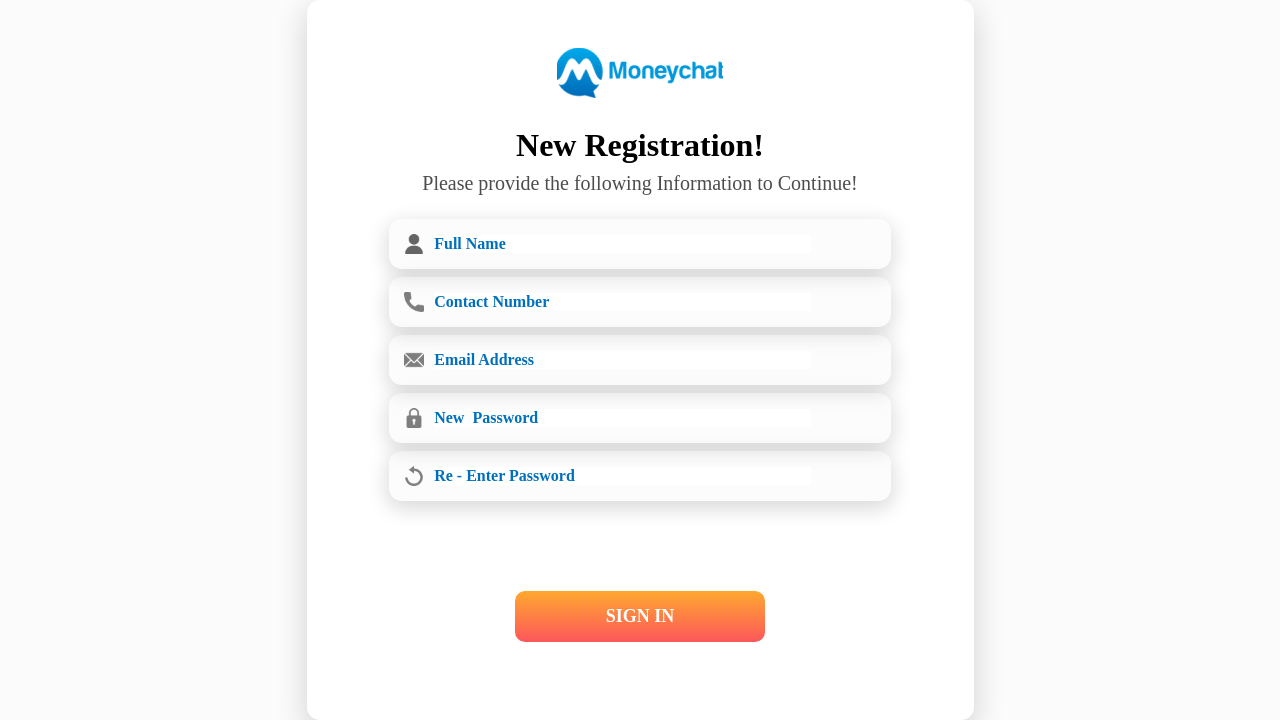
Repository: FlyweisReact/Money-Chat
Page: /register
The author's editor kept a copy of each file at every save. The page is drawn from the files as they stood at one save, then again after the next save.
The browser window is 1280 px wide. The pictures show the whole page.
The project was rebuilt for these pictures with package versions that can differ from the ones it lists, and the page was loaded fresh each time. Also part of the build but not shown: src/forms/Login.jsx.

Above is the page before, as saved 2023-11-29 14:50:31.

### src/index.js
import React from "react";
import ReactDOM from "react-dom/client";
import "./index.css";
import App from "./App";
import { BrowserRouter } from "react-router-dom";
import 'bootstrap/dist/css/bootstrap.min.css'
// Commit Changes
const root = ReactDOM.createRoot(document.getElementById("root"));
root.render(
  <React.StrictMode>
    <BrowserRouter>
      <App />
    </BrowserRouter>
  </React.StrictMode>
);

### src/index.css
/** @format */

@tailwind base;
@tailwind components;
@tailwind utilities;

body {
  margin: 0;
  font-family: Quicksand !important;
  -webkit-font-smoothing: antialiased;
  -moz-osx-font-smoothing: grayscale;
}

code {
  font-family: Quicksand !important;
}

html {
  font-family: Quicksand !important;
}

::-webkit-scrollbar {
  width: 10px;
}
.fa-trash {
  color: red;
  cursor: pointer;
}

.iCOn {
  transition: 0.5s;
  box-shadow: none;
  transform: scale(1);
}
.cardDiv {
  cursor: pointer;
  width: 350px;
}
.CardDiv_Container {
  display: flex;
  flex-wrap: wrap;
  justify-content: center;
}

.cardDiv:hover .iCOn {
  box-shadow: rgba(0, 0, 0, 0.35) 0px 5px 15px;
  transform: scale(1.3);
}

/* Track */
::-webkit-scrollbar-track {
  background: #f1f1f1;
}

/* Handle */
::-webkit-scrollbar-thumb {
  background: #888;
}

/* Handle on hover */
::-webkit-scrollbar-thumb:hover {
  background: #555;
}
.profileImage {
  width: 100px;
}
.fa-eye {
  color: #029aff;
  cursor: pointer;
}
.fa-edit {
  cursor: pointer;
  color: blue;
}

.View {
  border: 1px solid black;
  width: 100%;
  padding: 10px;
}

.main-card--container {
  display: grid;
  grid-template-columns: repeat(3, minmax(300px, 500px));
  grid-gap: 50px;
  justify-content: space-around;
}
.card-container {
  margin: 25px 0 auto;
  box-shadow: rgba(0, 0, 0, 0.35) 0px 5px 15px;
  position: relative;
  display: grid;
  grid-template-columns: 1fr;
  justify-content: space-around;
  align-items: flex-start;
}

.myEdit:focus {
  box-shadow: rgba(0, 0, 0, 0.35) 0px 5px 15px;
}

.AstroLogin {
  color: #fff;
  background-color: #2b7a8e;
  padding: 10px;
  width: 380px;
  text-align: center;
  font-size: 20px;
  background: linear-gradient(to left, #2b7a8e 50%, #fff 50%) right;
  background-size: 200%;
  transition: 0.5s ease-out;
  border: 1px solid #2b7a8e;
  margin-top: 10px;
  text-transform: uppercase;
}
.AstroLogin:hover {
  background-position: left;
  color: #2b7a8e;
}

.EcommerceAdminLogin {
  color: #fff;
  background-color: #0c0c0c;
  padding: 10px;
  width: 380px;
  text-align: center;
  font-size: 20px;
  background: linear-gradient(to left, #0c0c0c 50%, #fff 50%) right;
  background-size: 200%;
  transition: 0.5s ease-out;
  border: 2px solid #0c0c0c;
  margin-top: 10px;
  text-transform: uppercase;
}

.EcommerceAdminLogin:hover {
  background-position: left;
  color: #0c0c0c;
  font-weight: bold;
}
.EcommerceVendorLogin {
  color: #fff;
  background-color: #576cbc;
  padding: 10px;
  width: 380px;
  text-align: center;
  font-size: 20px;
  background: linear-gradient(to left, #576cbc 50%, #fff 50%) right;
  background-size: 200%;
  transition: 0.5s ease-out;
  border: 1px solid #576cbc;
  margin-top: 10px;
  text-transform: uppercase;
}

.EcommerceVendorLogin:hover {
  background-position: left;
  color: #576cbc;
}

.view {
  background-color: #2196f3;
  color: #fff;
  width: 50%;
  padding: 5px;
}

.two-sec {
  display: flex;
  justify-content: space-evenly;
  justify-content: space-evenly;
}
.two-sec .left {
  width: 60%;
  background-color: #f6f1ef;
  padding: 20px;
}
.two-sec .left .head {
  font-size: 25px;
  font-weight: bold;
}

.two-sec .right {
  width: 30%;
  background-color: #f6f1ef;
}

.searchDiv {
  width: 100%;
  display: flex;
  gap: 10px;
  border: 1px solid rgb(179, 179, 179);
  padding: 10px;
  margin-bottom: 20px;
  align-items: center;
}
.searchDiv input {
  width: 94%;
  outline: none;
  border: none;
}

.flexCont {
  display: flex;
  align-items: center;
  gap: 10px;
}
.flexCont img {
  width: 60px;
  background-color: #e9ecef;
}

.blockContent {
  display: block;
}
.blockContent p {
  margin: 0;
}

.checkBox {
  width: 50px;
  height: 25px;
  background-color: #e9ecef;
  border-radius: 50px;
  position: relative;
  cursor: pointer;
}
.checkBox span {
  width: 20px;
  height: 20px;
  border-radius: 100%;
  background-color: #fff;
  position: absolute;
  left: 5px;
  top: 2px;
}
.ActivecheckBox {
  width: 50px;
  height: 25px;
  background-color: #0d6efd;
  border-radius: 50px;
  position: relative;
  cursor: pointer;
}
.ActivecheckBox span {
  width: 20px;
  height: 20px;
  border-radius: 100%;
  background-color: #fff;
  position: absolute;
  right: 5px;
  top: 2px;
}

.fa-eye {
  color: #0cba73;
  background-color: #d6f8e8;
  width: 35px;
  text-align: center;
  height: 35px;
  display: flex;
  border-radius: 100%;
  justify-content: center;
  padding-top: 10px;
  transition: 0.5s;
}

.fa-pen-to-square {
  color: #f4c39c;
  background-color: #ffebdb;
  width: 35px;
  text-align: center;
  height: 35px;
  display: flex;
  border-radius: 100%;
  justify-content: center;
  padding-top: 10px;
  cursor: pointer;
  transition: 0.5s;
}
.fa-trash {
  color: #df939f;
  background-color: #ffe1e8;
  width: 35px;
  text-align: center;
  height: 35px;
  display: flex;
  border-radius: 100%;
  justify-content: center;
  padding-top: 10px;
  cursor: pointer;
  transition: 0.5s;
}
.fa-trash:hover {
  transform: scale(1.2);
}
.fa-eye:hover {
  transform: scale(1.2);
}
.fa-pen-to-square:hover {
  transform: scale(1.2);
}
.required {
  color: #e74260;
}

.headP {
  /* font-weight: 600; */
  /* font-size: 25px; */
  color: #7b7c7d;
}
.filterBox {
  display: flex;
  align-items: center;
  gap: 10px;
  border-bottom: 1px solid #d4d7dc;
  padding-bottom: 20px;
  margin-bottom: 20px;
}
.filterBox img {
  width: 30px;
}
.filterBox input {
  width: 100%;
  border: 1px solid #d4d7dc;
  outline: none;
  padding: 5px;
  color: black;
  text-transform: capitalize;
}
.sectionCont {
  /* width: 98%; */
  background-color: #fff;
  /* margin-left: 2%; */
  padding: 20px;
}

.overFlowCont {
  width: 100%;
  overflow-x: auto;
}

.logo {
  width: 100px;
  margin-bottom: 20px;
}

.updateProfile {
  margin-left: 20px;
  border: 1px solid #fff;
  border-radius: 100%;
  font-size: 1.2rem;
  padding: 10px;
  transition: 0.5s;
  cursor: pointer;
}
.updateProfile:hover {
  border: 1px solid #19376d;
  color: #19376d;
  background-color: #fff;
}

.Normalbtn {
  background-color: #19376d !important;
  border: 1px solid #19376d !important;
  border-radius: 0px !important;
}

.ImageCarousel {
  width: 150px !important;
  margin: 0px !important;
  height: 150px !important;
}
.CarouselImages {
  width: 60px;
  height: auto;
}
.CarouselImages img {
  width: 100% !important;
  height: 100% !important;
}

.ModalCarousel {
  width: 100% !important;
  height: 500px !important;
}
.ModalCarousel {
  width: 100% !important;
  height: 500px !important;
}
.ModalCarousel img {
  width: 100% !important;
  height: 500px !important;
}

.gridCont {
  display: grid;
  grid-template-columns: auto auto auto;
  justify-content: space-evenly;
}
.gridCont div {
  width: 400px;
  height: 300px;
  box-shadow: rgba(0, 0, 0, 0.35) 0px 5px 15px;
  padding: 10px;
  position: relative;
  margin-top: 20px;
}
.gridCont div img {
  width: 100%;
}
.delete-Btn {
  width: 90%;
  margin-left: 2%;
  color: #c44b3f;
  border: 1px solid #c44b3f;
  position: absolute;
  bottom: 10px;
  transition: 0.5s;
  padding: 10px;
}

.delete-Btn:hover {
  background-color: #c44b3f;
  color: #fff;
}

.BannerCarousel {
  width: 300px;
  margin: 0px !important;
}
.BannerCarouselImage {
  width: 300px;
}
.BannerCarouselImage img {
  width: 100%;
}

.pagination {
  display: flex;
  justify-content: center;
  align-items: center;
  gap: 10px;
  margin-bottom: 20px;
}
.pagination button {
  border: 1px solid black;
  padding: 10px;
}

.activePage {
  background-color: #19376d;
  color: #fff;
  border: 1px solid #19376d !important;
}

.active {
  background-color: #fff;
  color: #19376d !important;
}
.prevBtn {
  background-color: #fff;
  color: #19376d;
  border: 1px solid #19376d !important;
  transition: 0.5s;
}

.prevBtn:hover,
.prevBtn:focus,
.prevBtn:active {
  background-color: #19376d;
  color: #fff;
  border: 1px solid #19376d !important;
}
.nextBtn {
  background-color: #fff;
  color: #19376d;
  border: 1px solid #19376d !important;
  transition: 0.5s;
}

.nextBtn:hover,
.nextBtn:focus,
.nextBtn:active {
  background-color: #19376d;
  color: #fff;
  border: 1px solid #19376d !important;
}

.dangerBox {
  position: relative;
}
.dangerBox i {
  position: absolute;
  top: 50%;
  left: 90%;
  transform: translate(-50%, -50%);
  cursor: pointer;
}

.centerImage {
  max-width: 300px;
}
.img-cont {
  display: flex;
  gap: 40px;
  /* justify-content: center; */
  align-items: center;
}

/* ============== user data styling =========*/

.ud2 {
  display: flex;
  justify-content: space-between;
  margin-top: 20px;
}
.ud3 {
  width: 49%;
}
.ud4 {
  width: 49%;
}

.ud4 button {
  background: #c44b3f;
  width: 50%;
  height: 40px;
  border-radius: 4px;
  border: none;
  color: #fff;
}

/* ============ single order styling ================*/

#pdfGen {
  margin: 20px;
}
#pdfGen .Heading-Container {
  display: flex;
  align-items: center;
}
#pdfGen .Heading-Container img {
  width: 100px;
}
#pdfGen .Heading-Container .content {
  width: 80%;
  text-align: center;
}
#pdfGen .Heading-Container .content h2 {
  margin: 0;
  font-weight: bold;
  font-size: 25px;
}
#pdfGen .Heading-Container .content p {
  margin: 0;
  font-size: 14px;
  font-weight: 600;
  color: #a8a1a1;
}

.two-cont {
  display: flex;
  justify-content: space-between;
  padding-top: 10px;
  gap: 20px;
}
.two-cont p {
  margin: 0;
}
.two-cont .left {
  width: 40%;
}
.two-cont .left h6 {
  font-size: 14px;
  font-weight: bold;
}
.two-cont .left .box {
  border: 2px solid black;
  width: 100%;
  padding: 8px;
}
.two-cont .left .box p {
  font-size: 15px;
}
.two-cont .left .box .strong {
  font-weight: bold;
}
.two-cont .left .box p {
  font-weight: 600;
}
.two-cont .right {
  width: 60%;
  border: 2px solid black;
  padding: 10px;
}
.two-cont .right table {
  width: 100%;
  table-layout: fixed;
}
.two-cont .right td {
  font-weight: 900 !important;
  padding: 5px;
}
.bordererd {
  border-right: 2px solid black;
}
#pdfGen .empty {
  background-color: #000;
  height: 2px;
  margin-top: 20px;
}

#pdfGen {
  min-height: 100vh;
  display: flex;
  justify-content: space-between;
  flex-direction: column;
}

#pdfGen .Table {
  width: 100%;
  margin-top: 20px;
}
#pdfGen .Table tbody tr {
  border: 1px solid black;
}
#pdfGen .Table tbody tr td {
  padding: 5px;
  padding-bottom: 10px;
}

#pdfGen .Main_Table {
  display: flex;
  justify-content: flex-end;
  align-items: center;
  padding-top: 10px;
  gap: 50px;
  align-items: center;
}
#pdfGen .Main_Table p {
  font-weight: 900;
}

#pdfGen .below_Div .four-sec {
  display: flex;
  justify-content: space-evenly;
  border-top: 2px solid black;
  border-bottom: 2px solid black;
  padding: 4px;
}
#pdfGen .below_Div .four-sec p {
  margin: 0;
  font-size: 13px;
  text-align: center;
}
#pdfGen .below_Div .four-sec .stronger {
  font-weight: bold;
}

#pdfGen .below_Div .big_Head {
  font-size: 25px;
  background-color: #85827b;
  text-align: center;
  font-weight: bold;
  color: #fff;
  padding: 0;
  margin: 0;
  padding-bottom: 10px;
}
#pdfGen .below_Div .text-cont p {
  margin: 0;
  font-weight: 700;
  font-size: 14px;
  color: #85827b;
}
#pdfGen .below_Div .text-cont {
  text-align: center;
}
#pdfGen .below_Div .text-cont h5 {
  margin: 0;
  font-weight: 900;
}

.so2 {
  width: 100%;
}

.so4 {
  display: flex;
  justify-content: space-between;
}
.so4 p {
  margin: 0;
}

.searchByDate {
  display: flex;
  align-items: center;
  gap: 10px;
  border-bottom: 1px solid #d4d7dc;
  padding-bottom: 20px;
  margin-bottom: 20px;
  flex-wrap: wrap;
  justify-content: space-between;
}
.searchByDate div {
  width: 45%;
  display: flex;
  gap: 20px;
  align-items: center;
}
.searchByDate input {
  border: 1px solid #d4d7dc;
  width: 80%;
  padding: 10px;
  outline: none;
}

.so5 {
  margin-top: 20px;
  width: 98;
  margin-left: 1%;
}

.so5 table {
  width: 100%;
}
.so5 table th,
td {
  font-size: 13px;
  font-weight: 600;
}
.so6 {
  margin-top: 40px;
  margin-left: 65%;
  width: 30%;
}

.so7 {
  display: flex;
  justify-content: space-between;
  width: 80%;
}
.so7 p {
  margin: 0;
}

.downloadBtn {
  background: #0cba73;
  height: 40px;
  color: #fff;
  border-radius: 4px;
  padding: 10px;
}

.Info_Box p {
  margin: 0;
}
.Info_Box .title {
  margin-bottom: 5px;
  font-size: 20px;
  font-weight: 700;
}
.Info_Box .desc {
  border: 1px solid #ced4da;
  padding: 10px;
  border-radius: 5px;
}

.Desc-Container p.title {
  margin-bottom: 0.5rem;
}
.Desc-Container p.desc {
  display: block;
  width: 100%;
  padding: 0.375rem 0.75rem;
  font-size: 1rem;
  font-weight: 400;
  line-height: 1.5;
  color: #212529;
  border: 1px solid #ced4da;
  border-radius: 0.375rem;
  background-color: #e9ecef;
  overflow-wrap: anywhere;
}

.Schedule_Enquiry_Modal {
  background-color: rgb(10, 72, 173);
  color: #fff;
}
.Schedule_Enquiry_Modal .close_btn {
  display: flex;
  justify-content: space-between;
  align-items: center;
}
.Schedule_Enquiry_Modal .close_btn h4 {
  margin: 0;
}
.Schedule_Enquiry_Modal .close_btn i {
  font-size: 20px;
  cursor: pointer;
}

.searchByDate select {
  border: 1px solid #d4d7dc;
  padding: 10px;
  outline: none;
}

/*Chat  */
.chat {
  display: flex;
  gap: 40px;
  align-items: flex-start;
}
.chat .sidebar {
  flex: 0 0 30%;
  max-width: 30%;
  border: 1px solid #ddd;
}
.chat .menu-list .container {
  display: flex;
  gap: 10px;
  align-items: center;
  cursor: pointer;
  border-top: 1px solid #ddd;
  height: 72px;
}
.chat .menu-list .container:hover {
  background-color: #f0f2f5;
}
.chat .menu-list .container.active {
  background-color: #f0f2f5;
}
.chat .menu-list .container:first-child {
  border: none;
}
.chat .menu-list .container img {
  width: 49px;
  height: 49px;
  border-radius: 100%;
  vertical-align: middle;
}
.chat .menu-list .container p {
  font-size: 20px;
  font-weight: 700;
  margin: 0;
  padding-right: 15px;
}

.chat .content {
  flex: 70%;
  max-width: 70%;
}
.chat .chat-box {
  border: 1px solid #ddd;
  padding: 20px;
}
.chat .chat-box .ttt {
  max-height: 500px;
  overflow-y: scroll;
  padding: 20px;
}
.chat .chat-box .img-container {
  display: flex;
  gap: 10px;
  align-items: center;
  cursor: pointer;
  margin-top: 10px;
}
.chat .chat-box .img-container img {
  width: 30px;
  height: 30px;
  border-radius: 100%;
  vertical-align: middle;
}
.chat .chat-box .img-container span {
  font-size: 12px;
  font-weight: 700;
  margin: 0;
}
.chat .chat-box .img-container span .date {
  margin-left: 10px;
}

.chat .chat-box .text {
  font-size: 16px;
  margin: 0;
  padding-top: 10px;
  width: 100%;
}

.chat .chat-box .right {
  display: flex;
  flex-direction: column;
  gap: 5px;
  text-align: right;
}
.chat .chat-box .right .img-container {
  flex-direction: row-reverse;
}

.chat .chat-box .send_button {
  display: flex;
  gap: 20px;
  align-items: center;
  margin-top: 20px;
}

.chat .chat-box .send_button button {
  width: 150px;
  background-color: #1a949f;
  padding: 10px;
  color: #fff;
}
.chat .chat-box .send_button input {
  width: 100%;
  outline: none;
  border: 1px solid #000;
  padding: 10px;
  border-radius: 5px;
}

/* New Code */
.Login_screen {
  background: linear-gradient(
      0deg,
      rgba(238, 238, 238, 0.2) 0%,
      rgba(238, 238, 238, 0.2) 100%
    ),
    #fff;
  display: flex;
  flex-direction: column;
  justify-content: center;
  align-items: center;
  width: 100%;
  height: 100vh;
}
.Login_screen .Login_Container {
  max-width: 667px;
  max-height: 785px;
  width: 100%;
  height: 100%;
  border-radius: 13px;
  background: #fff;
  box-shadow: 0px 10px 30px 3px rgba(0, 0, 0, 0.15);
  padding: 20px;
  padding-bottom: 50px;
  display: flex;
  flex-direction: column;
  justify-content: center;
}
.Login_screen .Login_Container .logo {
  display: block;
  margin: auto;
  width: 166px;
}
.Login_screen .Login_Container .description h6 {
  color: #000;
  text-align: center;
  font-size: 32px;
  font-style: normal;
  font-weight: 700;
  line-height: normal;
}

.Login_screen .Login_Container .description p {
  color: rgba(0, 0, 0, 0.7);
  text-align: center;
  font-size: 20px;
  font-style: normal;
  font-weight: 400;
  line-height: normal;
}

.Login_Container .input_container{
  margin-bottom: 50px;
}
.Login_Container .input_group {
  display: flex;
  gap: 10px;
  align-items: center;
  border-radius: 13px;
  background: rgba(238, 238, 238, 0.2);
  box-shadow: 0px 6px 20px 2px rgba(0, 0, 0, 0.15);
  padding: 15px;
  width: 80%;
  margin: auto;
}
.Login_Container .input_group img {
  width: 20px;
}
.Login_Container .input_group input {
  outline: none;
  border: none;
  color: #0070bc;
  font-size: 16px;
  font-style: normal;
  font-weight: 500;
  line-height: normal;
  font-weight: 600;
  width: 80%;
}
.Login_Container .input_group input::placeholder {
  color: #0070bc;
  font-weight: 600;
}

.Login_Container .login_btn {
  max-width: 250px;
  width: 100%;
  display: block;
  margin: auto;
  margin-top: 40px;
  color: #fff;
  text-align: center;
  font-size: 18px;
  font-style: normal;
  font-weight: 600;
  line-height: normal;
  border-radius: 10px;
  background: linear-gradient(180deg, #fea82f 0%, #fd575b 100%);
  padding: 15px;
}

.Login_Container .create_new {
  display: flex;
  justify-content: center;
  gap: 20px;
  align-items: center;
  margin-top: 50px;
}

.Login_Container .create_new .item {
  display: flex;
  gap: 10px;
  align-items: center;
  width: 300px;
  justify-content: center;
}
.Login_Container .create_new .item img {
  width: 20px;
}
.Login_Container .create_new .item span {
  color: rgba(0, 0, 0, 0.7);
  text-align: center;
  font-size: 16px;
  font-style: normal;
  font-weight: 600;
  line-height: normal;
}

.Login_Container .create_new .item:first-child {
  border-right: 2px solid #000;
  padding-right: 10px;
}

.Login_Container a{
  text-decoration: none;
}

### src/App.js
/** @format */

import { Routes, Route } from "react-router-dom";
import { ToastContainer } from "react-toastify";
import "react-toastify/dist/ReactToastify.css";
import Login from "./forms/Login";
import Regestration from "./forms/Regestration";

function App() {
  return (
    <>
      <ToastContainer
        autoClose={5000}
        hideProgressBar={false}
        newestOnTop={false}
        closeOnClick
        rtl={false}
        pauseOnFocusLoss
        draggable
        pauseOnHover
      />

      <Routes>
        <Route path="/" element={<Login />} />
        <Route path="/register" element={<Regestration />} />
      </Routes>
    </>
  );
}

export default App;

### src/forms/Regestration.js
/** @format */

import { Link } from "react-router-dom";
import logo from "../Images/logo.png";

const Regestration = () => {
  return (
    <div className="Login_screen">
      <form className="Login_Container ">
        <img src={logo} alt="" className="logo" />

        <div className="description">
          <h6>New Registration! </h6>
          <p>Please provide the following Information to Continue!</p>
        </div>

        <div className="input_container">
          <div className="input_group mt-2">
            <img src="./Image/1.png" alt="" />
            <input type="text" placeholder="Full Name" />
          </div>
          <div className="input_group mt-2">
            <img src="./Image/5.png" alt="" />
            <input type="text" placeholder="Contact Number" />
          </div>
          <div className="input_group mt-2">
            <img src="./Image/6.png" alt="" />
            <input type="text" placeholder="Email Address" />
          </div>
          <div className="input_group mt-2">
            <img src="./Image/7.png" alt="" />
            <input type="text" placeholder="New  Password" />
          </div>
          <div className="input_group mt-2">
            <img src="./Image/8.png" alt="" />
            <input type="text" placeholder="Re - Enter Password" />
          </div>
        </div>

        <button className="login_btn">SIGN IN</button>
      </form>
    </div>
  );
};

export default Regestration;

Loaded but not shown: tailwind.config.js (common file)

After the next save:
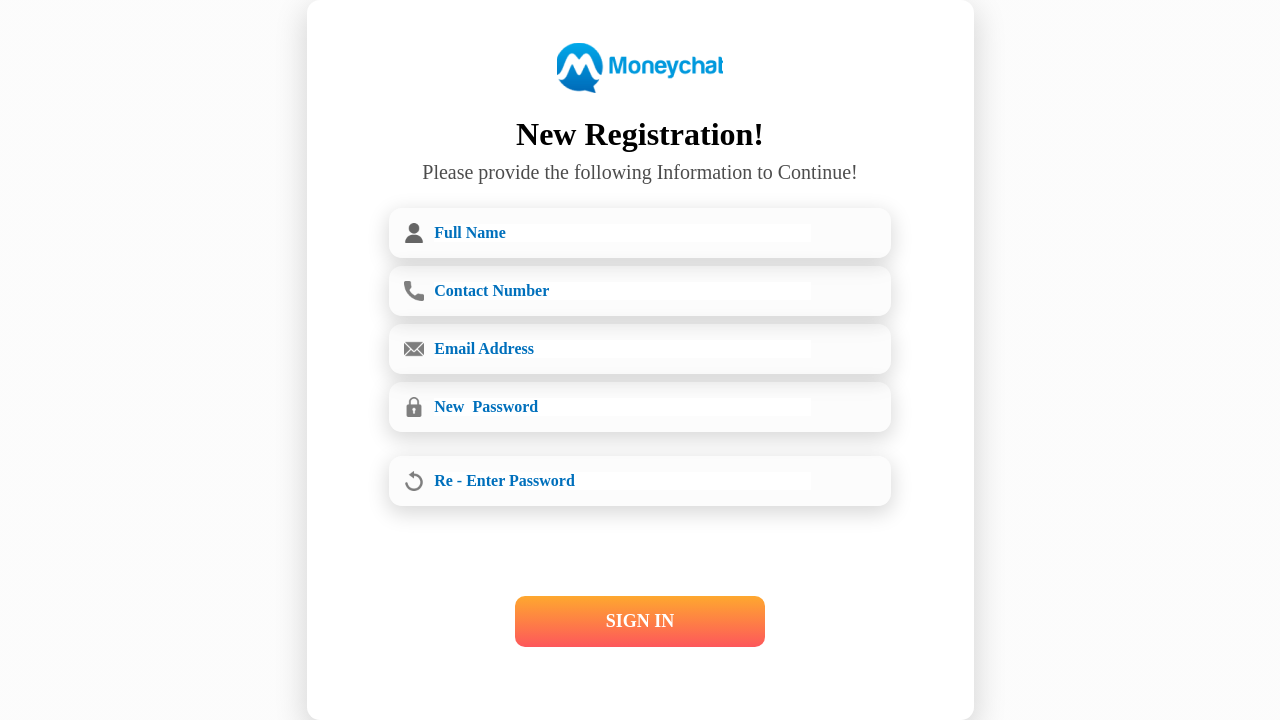
Saved 4 s later.
--- a/src/forms/Regestration.js
+++ b/src/forms/Regestration.js
@@ -31,7 +31,7 @@
             <img src="./Image/7.png" alt="" />
             <input type="text" placeholder="New  Password" />
           </div>
-          <div className="input_group mt-2">
+          <div className="input_group mt-4">
             <img src="./Image/8.png" alt="" />
             <input type="text" placeholder="Re - Enter Password" />
           </div>
